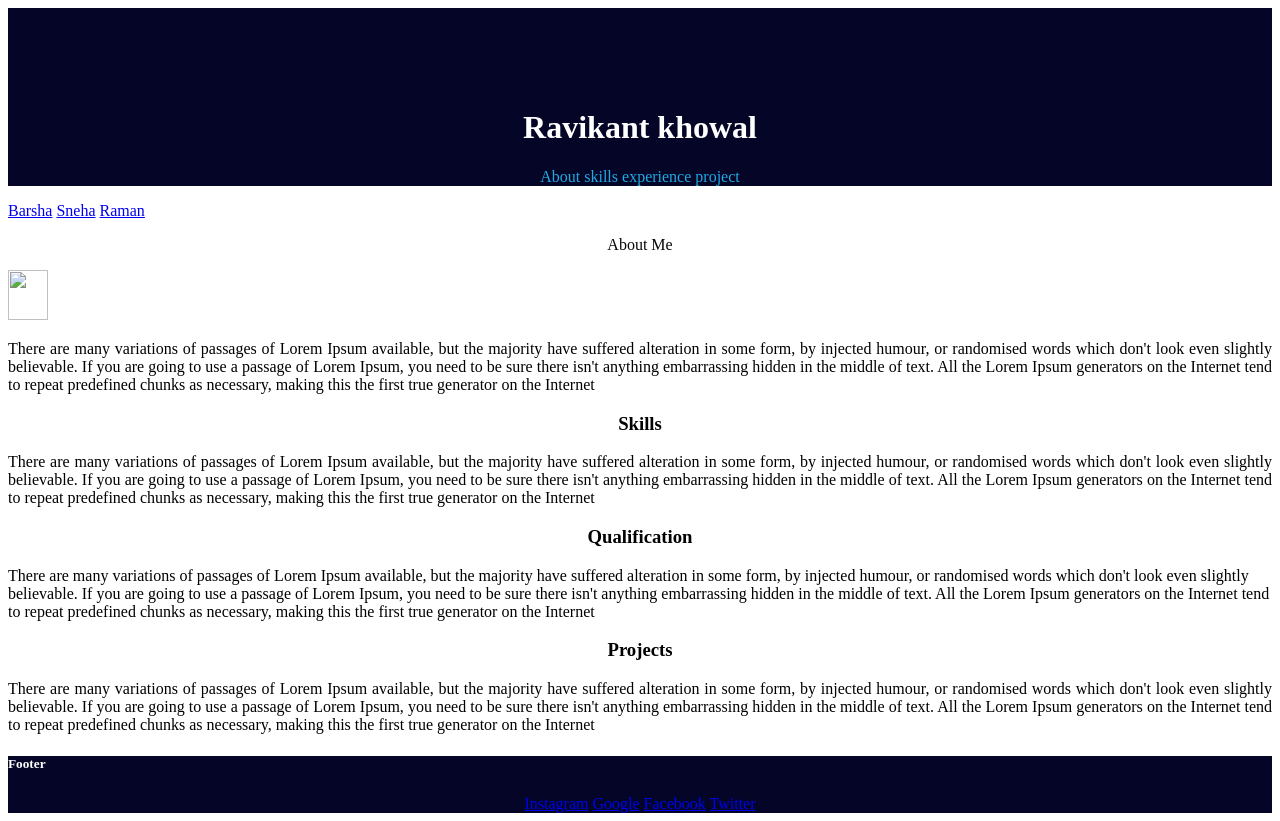
Repository: nir-github01/Html
Page: assign1.html
These files come from the project's save history. The page is drawn as it stood at one moment and after the next save; the edit follows.
The browser window is 1280 px wide. The pictures show the whole page.

Above is the page before, as saved 2022-09-19 20:14:17.

### assign1.html
<!DOCTYPE html>
<html lang="en">
<head>
    <meta charset="UTF-8">
    <meta http-equiv="X-UA-Compatible" content="IE=edge">
    <meta name="viewport" content="width=device-width, initial-scale=1.0">
    <title>assignment1</title>
    <style>
        .heading{
            background-color: rgb(5, 5, 40);
            position:relative;
            margin: auto;
            color: white;
            text-align: center;
            padding-top:5rem ;
            justify-content: center;
        }
        .nav{
           justify-content: flex-start;
            margin: 0;
            position:relative;
             text-align:left;
            color: rgb(108, 44, 3);
        }
        .navhead
        {
            justify-content: flex-start;
            margin: 0;
            position:relative;
            text-align: center;
            color: rgb(10, 8, 8);
        }
        .image{
            width: 40px;
            height: 50px;
        }
        .footer{
            background-color: rgb(5, 5, 40);
            margin: 0;
            position:relative;
            text-align: center;
            color: rgb(255, 255, 255);
            justify-content: center;
        }
    </style>
</head>
<body>
    <head>
        <div class="heading">
            <h1>Ravikant khowal</h1>
            <p style="color:rgb(30, 170, 226)">About skills experience project</p>
        </div>

    </head>
    <nav>

        <div class="nav">
         <a href="#">Barsha</a>
         <a href="#">Sneha</a>
         <a href="#">Raman</a>
        </div>
        <div class="navhead">
            <p>About Me</p>
        </div>
    </nav>
    <main>
        <img src="#" class="image">
        <div class="body-text">

            <p style="text-align:justify">There are many variations of passages of Lorem Ipsum available, but the majority have
                suffered alteration in some form, by injected humour, or randomised words which don't
                 look even slightly believable. If you are going to use a passage of Lorem Ipsum, you need
                 to be sure there isn't anything embarrassing hidden in the middle of text. All the Lorem
                 Ipsum generators on the Internet tend
                 to repeat predefined chunks as necessary, making this the first true generator on the
                 Internet</p>

        </div>
        <div class="skills">
            <h3 style="text-align:center">Skills</h3>
            <p style="text-align:justify">There are many variations of passages of Lorem Ipsum available, but the majority have
                suffered alteration in some form, by injected humour, or randomised words which don't
                 look even slightly believable. If you are going to use a passage of Lorem Ipsum, you need
                 to be sure there isn't anything embarrassing hidden in the middle of text. All the Lorem
                 Ipsum generators on the Internet tend
                 to repeat predefined chunks as necessary, making this the first true generator on the
                 Internet</p>
        </div>
        <div class="qualif">
            <h3 style="text-align:center">Qualification</h3>
            <p style="text-align:justifyr">There are many variations of passages of Lorem Ipsum available, but the majority have
                suffered alteration in some form, by injected humour, or randomised words which don't
                 look even slightly believable. If you are going to use a passage of Lorem Ipsum, you need
                 to be sure there isn't anything embarrassing hidden in the middle of text. All the Lorem
                 Ipsum generators on the Internet tend
                 to repeat predefined chunks as necessary, making this the first true generator on the
                 Internet</p>
        </div>
        <div class="projects">
            <h3 style="text-align:center">Projects</h3>
            <p style="text-align:justify">There are many variations of passages of Lorem Ipsum available, but the majority have
                suffered alteration in some form, by injected humour, or randomised words which don't
                 look even slightly believable. If you are going to use a passage of Lorem Ipsum, you need
                 to be sure there isn't anything embarrassing hidden in the middle of text. All the Lorem
                 Ipsum generators on the Internet tend
                 to repeat predefined chunks as necessary, making this the first true generator on the
                 Internet</p>
        </div>
    </main>
    <footer>

        <div class="footer" style="text-align: center">
            <h5 style="text-align:left">Footer</h5>
           <a href="#">Instagram</a>
           <a href="#">Google</a>
           <a href="#">Facebook</a>
           <a href="#">Twitter</a>
        </div>
    </footer>
</body>
</html>

After the next save:
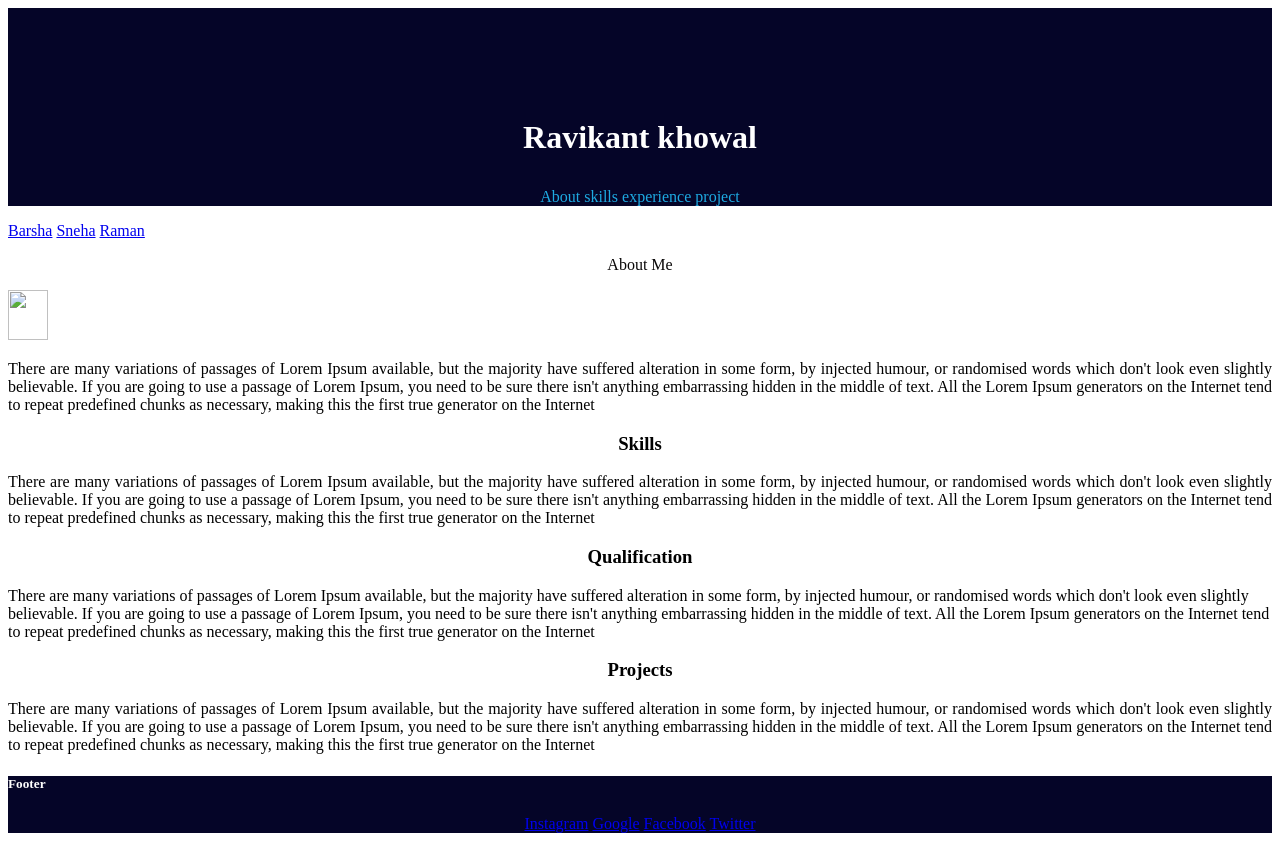
Saved 36 s later.
--- a/assign1.html
+++ b/assign1.html
@@ -47,7 +47,7 @@
 <body>
     <head>
         <div class="heading">
-            <h1>Ravikant khowal</h1>
+            <h1 style="padding: 10px;">Ravikant khowal</h1>
             <p style="color:rgb(30, 170, 226)">About skills experience project</p>
         </div>
 
